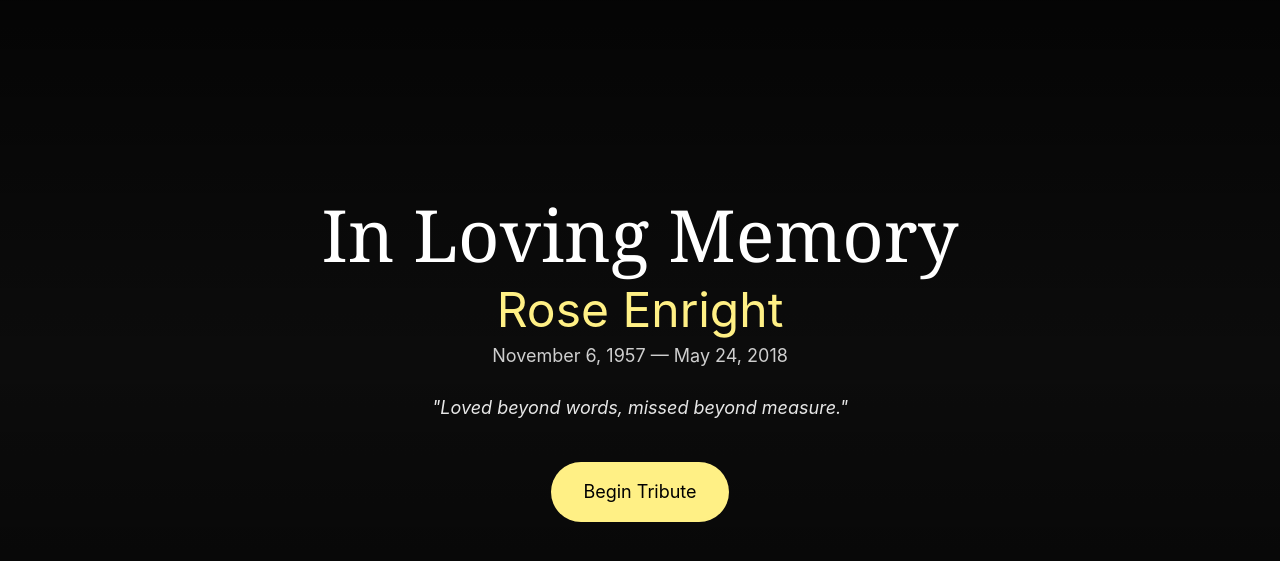
Repository: ConnorStubbs5/lasting-light
Page: /
The author's editor kept a copy of each file at every save. The page is drawn from the files as they stood at one save, then again after the next save.
The browser window is 1280 px wide. The pictures show the whole page.
The project was rebuilt for these pictures with package versions that can differ from the ones it lists, and the page was loaded fresh each time. Also part of the build but not shown: vite.config.js, src/components/MemorialSlideshow.jsx.

Above is the page before, as saved 2026-05-09 19:36:58.

After the next save:
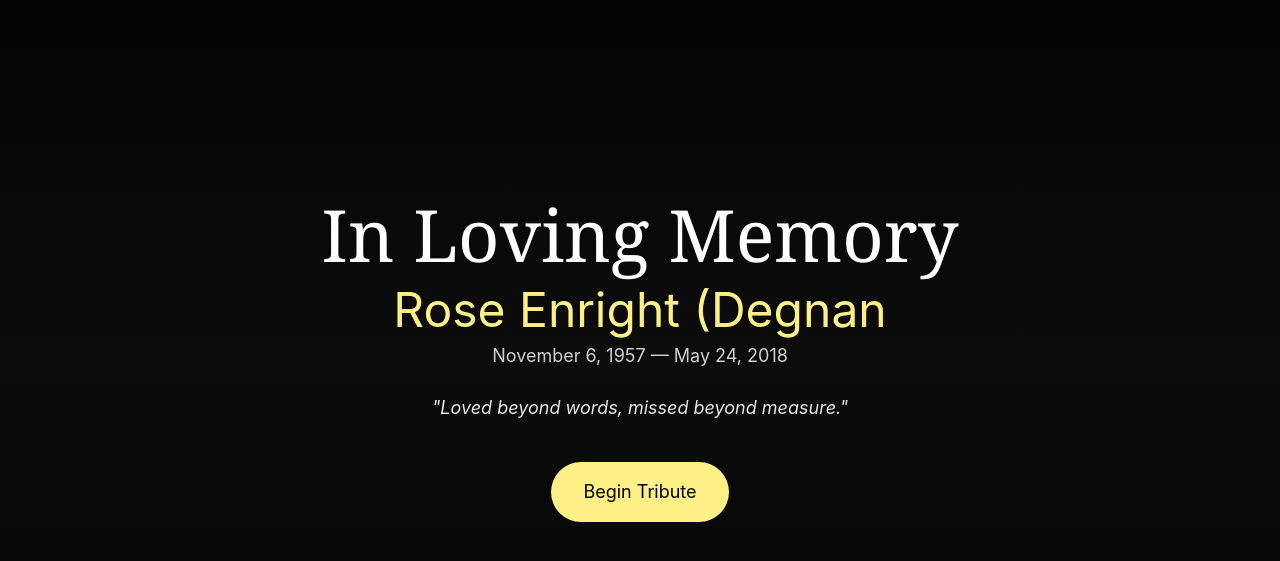
Saved 81 s later.
--- a/public/memorials/rose-enright/config.json
+++ b/public/memorials/rose-enright/config.json
@@ -1,5 +1,5 @@
 {
-  "name": "Rose Enright",
+  "name": "Rose Enright (Degnan",
   "birthDate": "November 6, 1957",
   "deathDate": "May 24, 2018",
   "heroQuote": "Loved beyond words, missed beyond measure.",
